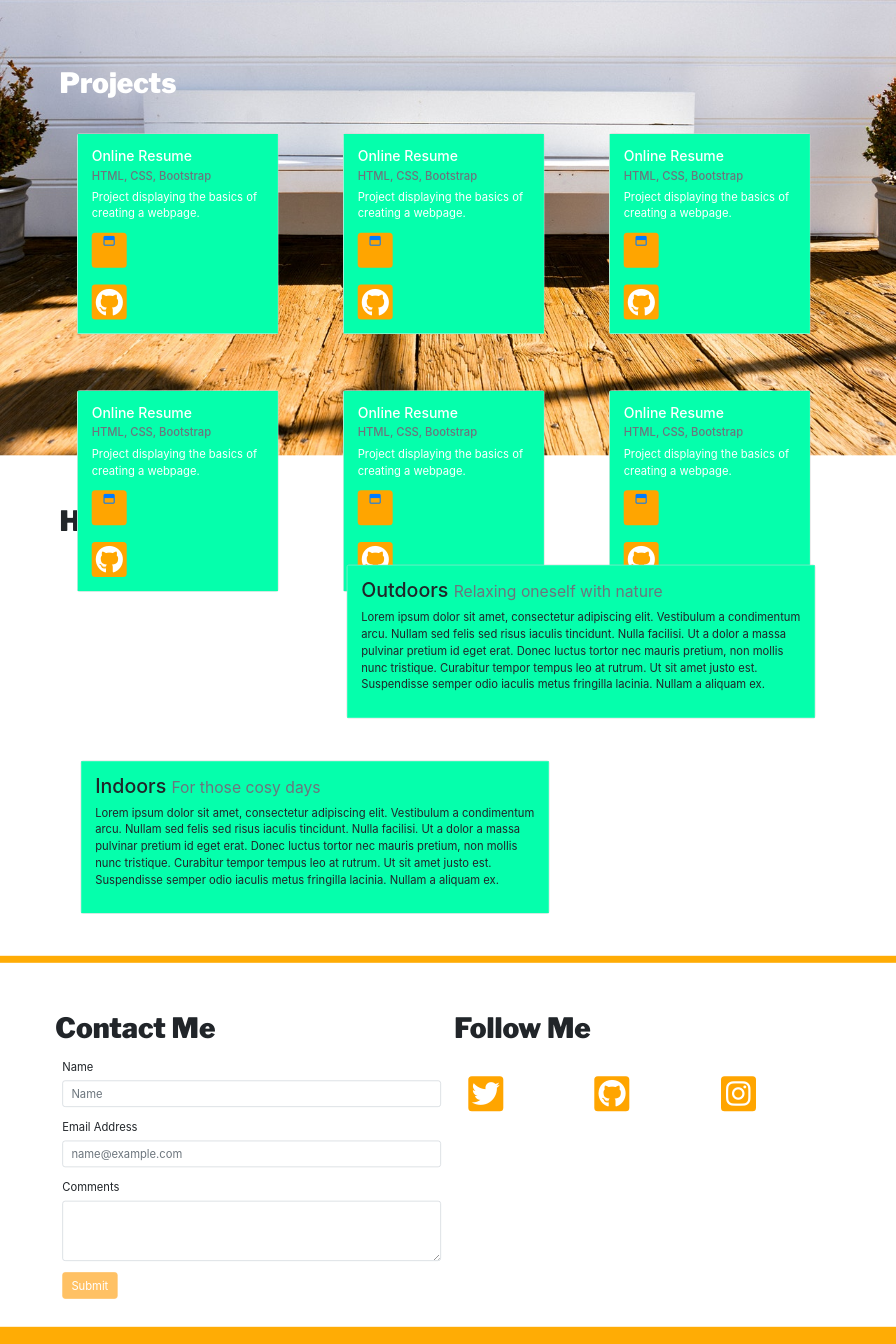
Repository: muhdarifrawi/resume-project
Page: index.html
The author's editor kept a record of every edit. The page is drawn from the files as they stood at one moment, then again after the next edit.
The browser window is 1280 px wide. The pictures show the part of the page from y = 4328 to 6248 px (the page is 6524 px tall), at 70% of full size.
Some web libraries are served in a nearby version.

Above is the page before.

### index.html
<!doctype html>
<html lang="en">

<head>
    <!-- Required meta tags -->
    <meta charset="utf-8">
    <meta name="viewport" content="width=device-width, initial-scale=1, shrink-to-fit=no">
    <!-- Font Awesome script -->
    <script src="https://kit.fontawesome.com/00e1568e72.js"></script>
    <!-- GOOGLE font -->
    <link href="https://fonts.googleapis.com/css?family=Libre+Franklin:900&display=swap" rel="stylesheet">
    <!-- AOS script -->
    <link href="https://unpkg.com/aos@2.3.1/dist/aos.css" rel="stylesheet">

    <!-- Bootstrap CSS -->
    <link rel="stylesheet" href="https://stackpath.bootstrapcdn.com/bootstrap/4.3.1/css/bootstrap.min.css" integrity="sha384-ggOyR0iXCbMQv3Xipma34MD+dH/1fQ784/j6cY/iJTQUOhcWr7x9JvoRxT2MZw1T" crossorigin="anonymous">
    <link rel="stylesheet" href="style.css" type="text/css" />
    <title>Online Resume</title>
</head>

  <!-- scroll spy added to body section -->
<body data-spy="scroll" data-target="#navscroll" data-offset="100">
    <!-- Navbar starts here -->
    <nav id="navscroll" class="navbar fixed-top navbar-expand-lg navbar-light bg-light">
        <a class="navbar-brand" href="#">My Resume</a>
        <button class="navbar-toggler" type="button" data-toggle="collapse" data-target="#navbarSupportedContent" aria-controls="navbarSupportedContent" aria-expanded="false" aria-label="Toggle navigation">
    <span class="navbar-toggler-icon"></span>
  </button>

        <div class="collapse navbar-collapse" id="navbarSupportedContent">
            <ul class="navbar-nav mr-auto">
                <li class="nav-item">
                    <a class="nav-link" href="#home">Home <span class="sr-only">(current)</span></a>
                </li>
                <li class="nav-item">
                    <a class="nav-link" href="#skills">Skills</a>
                </li>

                <li class="nav-item">
                    <a class="nav-link" href="#projects">Projects</a>
                </li>

                <li class="nav-item">
                    <a class="nav-link" href="#hobbies">Hobbies</a>
                </li>

                <li class="nav-item">
                    <a class="nav-link" href="#contact">Contact Me</a>
                </li>

            </ul>

        </div>
    </nav>
    <!-- navbar ends here -->

    <!--Jumbotron -->
    <div class="jumbotron jumbotron-fluid" id="home">
        <div class="container">
            <h1 class="display-4">Muhammad Arif Bin Rawi</h1>
            <p class="lead">Aspiring Junior Game Developer. </p>
        </div>
    </div>

    <div class="orange strip"></div>

<div class="container" id="skills">

<h1>Skills</h1>
    <!-- created div to slot in AOS -->
   <div data-aos="fade-right" data-aos-offset="300" data-aos-easing="ease-in-sine">
        <!-- photoshop row -->
        <div class="row pt-md-5">
            <div class="col-lg-3 col-sm-6">
                <div class="ware">
                    <img src="image/icon/PS.png" alt="photoshop" class="rounded">
                    <div class="house">
                        <div class="text">
                            <h5>Photoshop</h5>
                        </div>
                        <div class="text2">
                            <h6>Good</h6>
                        </div>
                    </div>
                </div>
            </div>
            <div class="col-lg-9 col-sm-6">
                <div class="bar-mid"></div>
            </div>
        </div>

        <!-- ms office row -->
        <div class="row">
            <div class="col-lg-3 col-sm-6">
                <div class="ware">
                    <img src="image/icon/MSO.png" alt="MS Office" class="rounded">
                    <div class="house">
                        <div class="text">
                            <h5>MS Office</h5>
                        </div>
                        <div class="text2">
                            <h6>Advance</h6>
                        </div>
                    </div>
                </div>
            </div>
            <div class="col-lg-9 col-sm-6">
                <div class="bar-full"></div>
            </div>
        </div>

        <!-- CSS row -->
        <div class="row">
            <div class="col-lg-3 col-sm-6">
                <div class="ware">
                    <img src="image/icon/CSS.png" alt="CSS" class="rounded">
                    <div class="house">
                        <div class="text">
                            <h5>CSS</h5>
                        </div>
                        <div class="text2">
                            <h6>Good</h6>
                        </div>
                    </div>
                </div>
            </div>
            <div class="col-lg-9 col-sm-6">
                <div class="bar-mid"></div>
            </div>
        </div>

        <!-- HTML row -->
        <div class="row">
            <div class="col-lg-3 col-sm-6">
                <div class="ware">
                    <img src="image/icon/HTML.png" alt="HTML" class="rounded">
                    <div class="house">
                        <div class="text">
                            <h5>HTML</h5>
                        </div>
                        <div class="text2">
                            <h6>Good</h6>
                        </div>
                    </div>
                </div>
            </div>
            <div class="col-lg-9 col-sm-6">
                <div class="bar-mid"></div>
            </div>
        </div>

        <!-- Java row -->
        <div class="row">
            <div class="col-lg-3 col-sm-6">
                <div class="ware">
                    <img src="image/icon/JS.png" alt="Java" class="rounded">
                    <div class="house">
                        <div class="text">
                            <h5>Java</h5>
                        </div>
                        <div class="text2">
                            <h6>Basic</h6>
                        </div>
                    </div>
                </div>
            </div>
            <div class="col-lg-9 col-sm-6">
                <div class="bar-min"></div>
            </div>
        </div>

        <!-- Python row -->
        <div class="row">
            <div class="col-lg-3 col-sm-6">
                <div class="ware">
                    <img src="image/icon/PY.png" alt="Python" class="rounded">
                    <div class="house">
                        <div class="text">
                            <h5>Python</h5>
                        </div>
                        <div class="text2">
                            <h6>Basic</h6>
                        </div>
                    </div>
                </div>
            </div>
            <div class="col-lg-9 col-sm-6">
                <div class="bar-min"></div>
            </div>
        </div>
    </div>
</div>

    <!-- <div class="orange strip"></div> -->

<!--usage of jumbotron to overcome "no-stretch" problem -->
<div class="jumbotron jumbotron-fluid "  id="projects">
<div class="container">
        <h1>Projects</h1>
        <div class="row">
            <div class="col">
                <div class="card note" style="width: 18rem;">
                    <div class="card-body">
                        <h5 class="card-title">Online Resume</h5>
                        <h6 class="card-subtitle mb-2 text-muted">HTML, CSS, Bootstrap</h6>
                        <p class="card-text">Project displaying the basics of creating a webpage.</p>

                        <a href="https://muhdarifrawi.github.io/resume-project/" target="_blank" class="card-link">
                            <div class="rounded-box"><i class="far fa-window-maximize"></i></div></a>

                        <a href="https://github.com/muhdarifrawi/resume-project" target="_blank" class="card-link">
                            <div class="rounded-box"><i class="fab fa-github"></i></div></a>
                    </div>
                </div>
            </div>

            <div class="col">
                <div class="card note2" style="width: 18rem;">
                    <div class="card-body">
                        <h5 class="card-title">Online Resume</h5>
                        <h6 class="card-subtitle mb-2 text-muted">HTML, CSS, Bootstrap</h6>
                        <p class="card-text">Project displaying the basics of creating a webpage.</p>

                        <a href="https://muhdarifrawi.github.io/resume-project/" target="_blank" class="card-link">
                            <div class="rounded-box"><i class="far fa-window-maximize"></i></div></a>

                        <a href="https://github.com/muhdarifrawi/resume-project" target="_blank" class="card-link">
                            <div class="rounded-box"><i class="fab fa-github"></i></div></a>
                    </div>
                </div>
            </div>

            <div class="col">
                <div class="card note3" style="width: 18rem;">
                    <div class="card-body">
                        <h5 class="card-title">Online Resume</h5>
                        <h6 class="card-subtitle mb-2 text-muted">HTML, CSS, Bootstrap</h6>
                        <p class="card-text">Project displaying the basics of creating a webpage.</p>

                        <a href="https://muhdarifrawi.github.io/resume-project/" target="_blank" class="card-link">
                            <div class="rounded-box"><i class="far fa-window-maximize"></i></div></a>

                        <a href="https://github.com/muhdarifrawi/resume-project" target="_blank" class="card-link">
                            <div class="rounded-box"><i class="fab fa-github"></i></div></a>
                    </div>
                </div>
            </div>

        </div>

        <div class="row">
        <div class="col">
            <div class="card note3" style="width: 18rem;">
                <div class="card-body">
                    <h5 class="card-title">Online Resume</h5>
                    <h6 class="card-subtitle mb-2 text-muted">HTML, CSS, Bootstrap</h6>
                    <p class="card-text">Project displaying the basics of creating a webpage.</p>

                    <a href="https://muhdarifrawi.github.io/resume-project/" target="_blank" class="card-link">
                        <div class="rounded-box"><i class="far fa-window-maximize"></i></div></a>

                    <a href="https://github.com/muhdarifrawi/resume-project" target="_blank" class="card-link">
                        <div class="rounded-box"><i class="fab fa-github"></i></div></a>
                </div>
            </div>
        </div>

        <div class="col">
            <div class="card note" style="width: 18rem;">
                <div class="card-body">
                    <h5 class="card-title">Online Resume</h5>
                    <h6 class="card-subtitle mb-2 text-muted">HTML, CSS, Bootstrap</h6>
                    <p class="card-text">Project displaying the basics of creating a webpage.</p>

                    <a href="https://muhdarifrawi.github.io/resume-project/" target="_blank" class="card-link">
                        <div class="rounded-box"><i class="far fa-window-maximize"></i></div></a>

                    <a href="https://github.com/muhdarifrawi/resume-project" target="_blank" class="card-link">
                        <div class="rounded-box"><i class="fab fa-github"></i></div></a>
                </div>
            </div>
        </div>

        <div class="col">
            <div class="card note2" style="width: 18rem;">
                <div class="card-body">
                    <h5 class="card-title">Online Resume</h5>
                    <h6 class="card-subtitle mb-2 text-muted">HTML, CSS, Bootstrap</h6>
                    <p class="card-text">Project displaying the basics of creating a webpage.</p>

                    <a href="https://muhdarifrawi.github.io/resume-project/" target="_blank" class="card-link">
                        <div class="rounded-box"><i class="far fa-window-maximize"></i></div></a>

                    <a href="https://github.com/muhdarifrawi/resume-project" target="_blank" class="card-link">
                        <div class="rounded-box"><i class="fab fa-github"></i></div></a>
                </div>
            </div>
        </div>

    </div>

    </div>
</div>
<!-- <div class="orange strip"></div> -->

<div class="container" id="hobbies">
    <h1>Hobbies</h1>
    <div class="row">

        <div class="col-sm-6 col-md-4 ">
            <div class="col"><div class="thumb camping"></div></div>
        </div>
        <div class="col-sm-6 col-md-8">
            <div class="card">
                <div class="card-body">
                    <h3>
                      Outdoors
                      <small class="text-muted">Relaxing oneself with nature</small>
                    </h3>

                    <p>
                        Lorem ipsum dolor sit amet, consectetur adipiscing elit. Vestibulum a condimentum arcu. Nullam sed felis sed risus iaculis tincidunt. Nulla facilisi. Ut a dolor a massa pulvinar pretium id eget erat. Donec luctus tortor nec mauris pretium, non mollis nunc tristique. Curabitur tempor tempus leo at rutrum. Ut sit amet justo est. Suspendisse semper odio iaculis metus fringilla lacinia. Nullam a aliquam ex.
                    </p>
                </div>
            </div>
        </div>

    </div>

       <div class="row">

        <div class="col-sm-6 order-sm-2 col-md-4">
            <div class="col"><div class="thumb indoor"></div></div>

        </div>
        <div class="col-sm-6 order-sm-1 col-md-8">

            <div class="card">
                <div class="card-body">
                    <h3>
                    Indoors
                      <small class="text-muted">For those cosy days</small>
                    </h3>

                    <p>
                        Lorem ipsum dolor sit amet, consectetur adipiscing elit. Vestibulum a condimentum arcu. Nullam sed felis sed risus iaculis tincidunt. Nulla facilisi. Ut a dolor a massa pulvinar pretium id eget erat. Donec luctus tortor nec mauris pretium, non mollis nunc tristique. Curabitur tempor tempus leo at rutrum. Ut sit amet justo est. Suspendisse semper odio iaculis metus fringilla lacinia. Nullam a aliquam ex.
                    </p>
                </div>
            </div>

        </div>

    </div>

</div>

<div class="orange strip"></div>

<div class="container" id="contact">


<div class="row">


<!-- left column -->
<div class="col-sm-6 pl-4">
    <!-- top column -->
    <div class="row">
    <h1>Contact Me</h1>
    </div>

<!-- bottom column -->
<div class="row">
<div class="col">
<form>

    <div class="form-group">
        <label for="name">Name</label>
        <input type="text" class="form-control" id="form1" placeholder="Name" required>
    </div>

    <div class="form-group">
        <label for="email">Email Address</label>
        <input type="email" class="form-control" id="form1" placeholder="name@example.com" required>
    </div>


    <div class="form-group">
        <label for="Textarea">Comments</label>
        <textarea class="form-control" id="form1" rows="3" required></textarea>
    </div>

    <input class="btn btn-primary" type="submit" value="Submit">
</form>

</div>
</div>
</div>
<!-- right column-->
<div class="col-sm-6 pl-4">
    <!-- top column -->
    <div class="row">
    <h1>Follow Me</h1>
    </div>
<!--bottom column -->
<div class="col">
    <div class="row pt-3"></div>
    <div class="row">
        <div class="col"><a href="https://www.twitter.com/ArifRawi" target="_blank"><div class="rounded-box"><i class="fab fa-twitter"></i></div></a></div>
        <div class="col"><a href="https://github.com/muhdarifrawi" target="_blank"><div class="rounded-box"><i class="fab fa-github"></i></div></a></div>
        <div class="col"><a href="https://www.instagram.com/muhdarifrawi/" target="_blank"><div class="rounded-box"><i class="fab fa-instagram"></i></div></a></div>

    </div>
    <div class="row"></div>
</div>
</div>
</div>
</div>

<div class="orange banner">
    <div class="container" id="footer">

        <div class="row">

            <div class="col-sm-4 px-4">
                <h6>Acknowledgments</h6>
                    <p>Thank you to all that has helped and guided me in making this project work.</p>



            </div>

            <div class="col-sm-4 px-4">
                <h6>Disclaimer</h6>
                <p>This webpage is a work meant for education purposes only. </p>
            </div>

            <div class="col-sm-4 px-4">
                <h6>Copyright 2019, all rights reserved.</h6>
            </div>
        </div>

    </div>
</div>
    <!-- Optional JavaScript -->
    <!-- jQuery first, then Popper.js, then Bootstrap JS -->
    <script src="https://code.jquery.com/jquery-3.3.1.slim.min.js" integrity="sha384-q8i/X+965DzO0rT7abK41JStQIAqVgRVzpbzo5smXKp4YfRvH+8abtTE1Pi6jizo" crossorigin="anonymous"></script>
    <script src="https://cdnjs.cloudflare.com/ajax/libs/popper.js/1.14.7/umd/popper.min.js" integrity="sha384-UO2eT0CpHqdSJQ6hJty5KVphtPhzWj9WO1clHTMGa3JDZwrnQq4sF86dIHNDz0W1" crossorigin="anonymous"></script>
    <script src="https://stackpath.bootstrapcdn.com/bootstrap/4.3.1/js/bootstrap.min.js" integrity="sha384-JjSmVgyd0p3pXB1rRibZUAYoIIy6OrQ6VrjIEaFf/nJGzIxFDsf4x0xIM+B07jRM" crossorigin="anonymous"></script>
    <!--AOS script -->
    <script src="https://unpkg.com/aos@2.3.1/dist/aos.js"></script>

    <script>
        AOS.init();
    </script>
</body>

</html>

### style.css
html{
    width:100%;
    height:100%;

}

body{
    padding-top:30px;
    width:100%;
    height:100%;

}

.jumbotron{
    margin-bottom:0px;
}

.box{
    height:50px;
    width:50px;
}

.red{
    background-color:red;
}

.blue{
    background-color:blue;
}

.orange{
    background-color:rgba(255, 172, 5, 1);
}

.strip{
    width:100%;
    height:10px;
}

.banner{
    width:100%;
    height:300px;
}

.rect{
    width:100%;
    height:100%;
    padding:15px;
}

.container{
    padding-top:70px;
    padding-bottom:30px;
}

.shelf{
    height:100%;
    width:100%;
}

.col{
    padding:10px;
}

.card{
    margin:30px;
}


.jumbotron {
  background-image: url("image/bench.jpg");
  background-size: cover;
  /*this allows the image to stretch height to its max. needs html and body to be height:100% as well*/
  height:100%;

  color:white;
}

h1 {
font-family: 'Libre Franklin', sans-serif;
}

.card-body{
    background-color:rgb(5, 255, 172);
}

#footer{
    padding-bottom:0px;
    padding-left:0px;
    padding-right:0px;
    width:100%;
}

.pox{
    background-color:purple;
    height:100%;
}

.ghost{
    background-color:lime;
    height:100%;
    position:relative;
    transform:translate(0, -100%);
    opacity:0;
    transition-duration:0.5s;
}

.pox:hover .ghost{
    cursor:pointer;
    opacity:0.5;
}

.btn-primary{
    background-color:rgb(255, 193, 100);
    border-color:rgb(255, 193, 100);

}

.btn-primary:hover {
    background-color:rgb(255, 154, 100);
    border-color:rgb(255, 154, 100);

}

.icon{
    height:60px;
}

#projects{
    background-image:url(image/bench.jpg);
}

#skills{
    background-image:url(image/graph.jpg);
    background-size:cover;

}

.rounded-box{
    background-color:orange;
    height:50px;
    width:50px;
    border-radius:5px;
    text-align:center;
    border:1px;

}

.fa-twitter{
    padding-top:5px;
    font-size:40px;
    color:white;
}

.fa-github{
    padding-top:5px;
    font-size:40px;
    color:white;
}

.fa-instagram{
    padding-top:5px;
    font-size:40px;
    color:white;
}
.follow{
    margin-top:50px;
}

After the next edit:
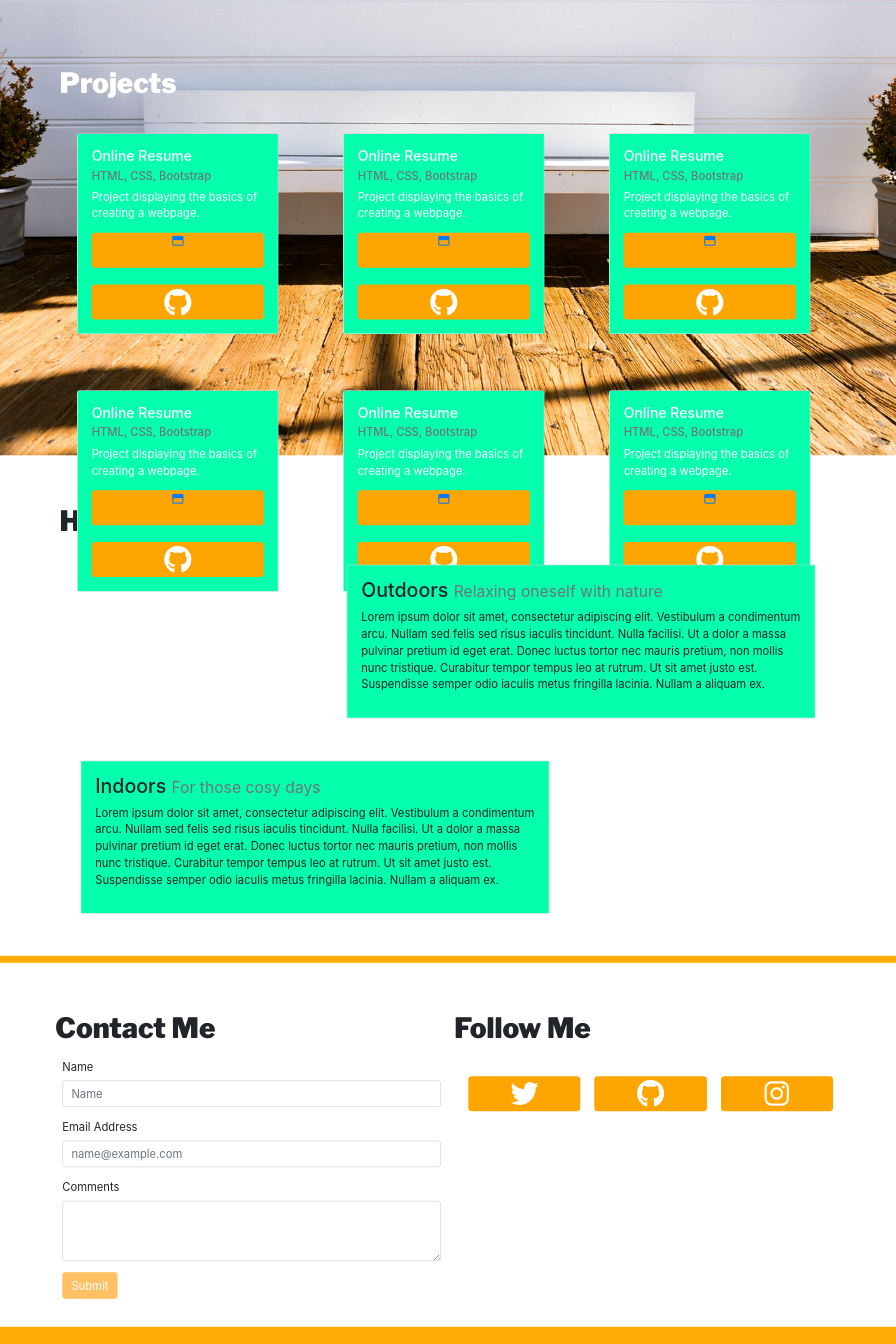
The edit:
--- a/style.css
+++ b/style.css
@@ -139,7 +139,6 @@
 .rounded-box{
     background-color:orange;
     height:50px;
-    width:50px;
     border-radius:5px;
     text-align:center;
     border:1px;
